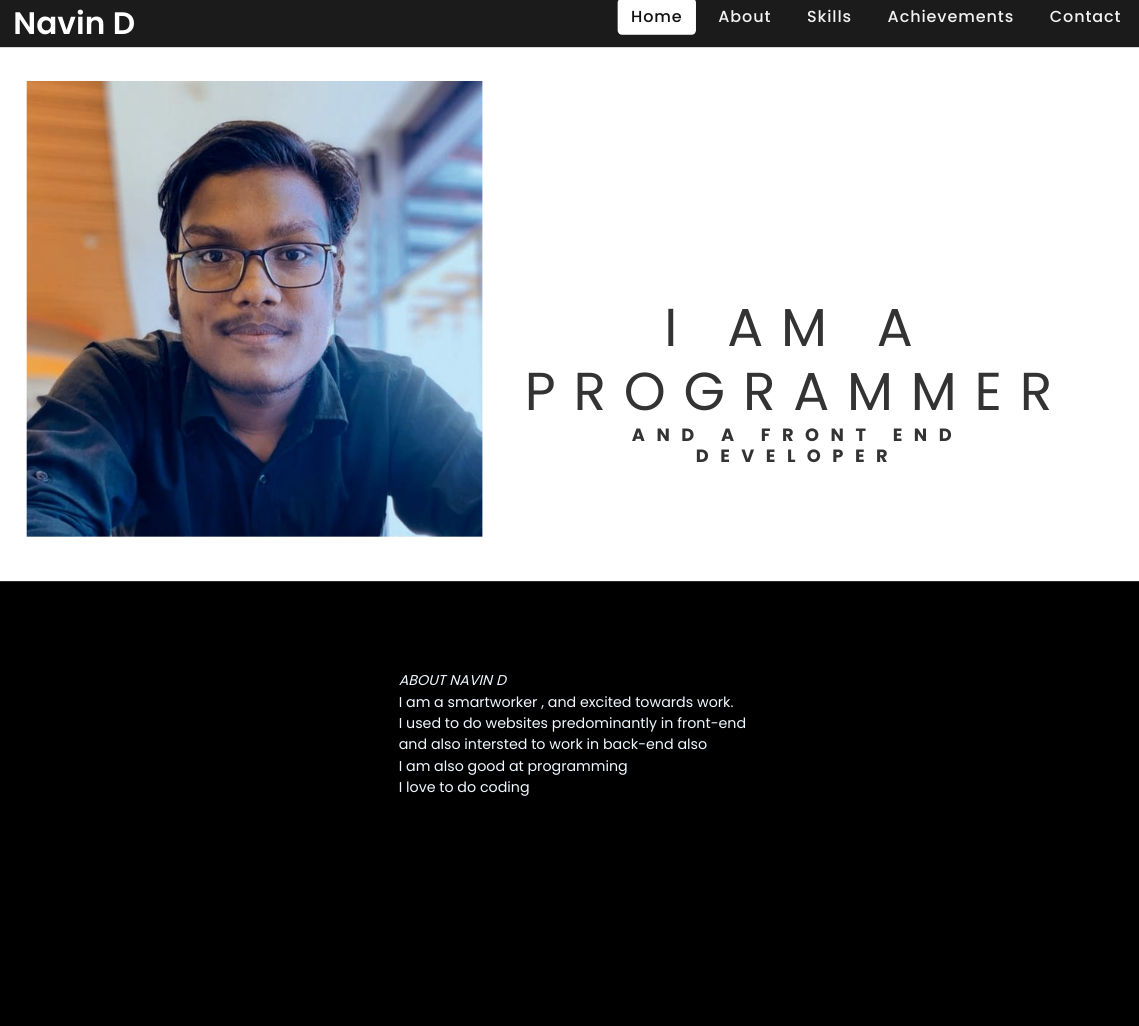
Repository: NavinDayanithi/OIBSIP
Page: Portfolio/index.html
These files come from the project's save history. The page is drawn as it stood at one moment and after a run of saves; the edit follows.
The browser window is 1280 px wide. The pictures show the whole page, at 89% of full size.

Above is the page before, as saved 2023-02-20 18:56:08.
Console error: TypeError: Cannot read properties of undefined (reading 'fn')

### Portfolio/index.html
<!DOCTYPE html>
<!-- Created By CodingNepal -->
<html lang="en" dir="ltr">
   <head>

      <meta charset="utf-8">
      <title>Navin's Portfolio</title>
      <script src="https://cdnjs.cloudflare.com/ajax/libs/OwlCarousel2/2.3.4/owl.carousel.min.js"></script>
      <script type="text/javascript" src="script.js"></script>
      <link rel="stylesheet" href="style.css">
      <link rel="stylesheet" href="https://cdnjs.cloudflare.com/ajax/libs/font-awesome/5.15.3/css/all.min.css"/>
      <meta name="viewport" content="width=device-width, initial-scale=1.0">
      <link href="https://cdn.jsdelivr.net/npm/bootstrap@5.3.0-alpha1/dist/css/bootstrap.min.css" rel="stylesheet" integrity="sha384-GLhlTQ8iRABdZLl6O3oVMWSktQOp6b7In1Zl3/Jr59b6EGGoI1aFkw7cmDA6j6gD" crossorigin="anonymous">
   </head>
   <body>
      <nav>
         <div class="logo">
            Navin D
         </div>
         <input type="checkbox" id="click">
         <label for="click" class="menu-btn">
         <i class="fas fa-bars"></i>
         </label>
         <ul>
            <li><a class="active" href="#">Home</a></li>
            <li><a href="#about">About</a></li>
            <li><a href="#skills">Skills</a></li>
            <li><a href="#">Achievements</a></li>
            <li><a href="#">Contact</a></li>
         </ul>
      </nav>
      <div >
        <img src="navinppimg.jpeg"  class="img1" alt="navinimg">
      </div>
      <div class="text-box">
        <h1 class="heading-primary">
         <span class="heading-primary-main">I am a Programmer</span>
          <span class="heading-primary-sub">and a front end developer</span>
         </h1>
   </div>
   <section class="about" id="about">
      <!-- <img class="about-img" src="https://embetronicx.com/wp-content/uploads/2017/08/background.jpg"  class="img1" alt="navinimg"> -->
      <div class="about-text">
          <i>ABOUT NAVIN D</i>
         <p>  I am a smartworker , and excited towards work.<br/>
             I used to do websites predominantly in front-end <br/>
             and also intersted to work in back-end also<br/>
             I am also good at programming <br/>
             I love to do coding<br/>
      </p>
      </div>

    </body>
</section>
       </body>
</html>

### Portfolio/style.css
@import url('https://fonts.googleapis.com/css?family=Poppins:400,500,600,700&display=swap');
*{
  margin: 0;
  padding: 0;
  box-sizing: border-box;
  font-family: 'Poppins', sans-serif;
}
nav{
  display: flex;
  height: 100%;
  width: 100%;
  background: #1b1b1b;
  align-items: center;
  justify-content: space-between;
  /* padding: 0 50px 0 50px; */
  /* flex-wrap: wrap; */
}
nav .logo{
  color: #fff;
  font-size: 35px;
  font-weight: 600;
  margin-left: 15px;
}
nav ul{
  display: flex;
  flex-wrap: wrap;
  list-style: none;
}
nav ul li{
  margin: 0 5px;
}
nav ul li a{
  color: #f2f2f2;
  text-decoration: none;
  font-size: 18px;
  font-weight: 500;
  padding: 8px 15px;
  border-radius: 5px;
  letter-spacing: 1px;
  transition: all 0.3s ease;
}
nav ul li a.active,
nav ul li a:hover{
  color: #111;
  background: #fff;
}
nav .menu-btn i{
  color: #fff;
  font-size: 22px;
  cursor: pointer;
  display: none;
}
input[type="checkbox"]{
  display: none;
}
@media (max-width: 1000px){
  nav{
    padding: 0 40px 0 50px;
  }
}
@media (max-width: 920px) {
  nav .menu-btn i{
    display: block;
  }
  #click:checked ~ .menu-btn i:before{
    content: "\f00d";
  }
  nav ul{
    position: fixed;
    top: 80px;
    left: -100%;
    background: #111;
    height: 100vh;
    width: 100%;
    text-align: center;
    display: block;
    transition: all 0.3s ease;
  }
  #click:checked ~ ul{
    left: 0;
  }
  nav ul li{
    width: 100%;
    margin: 40px 0;
  }
  nav ul li a{
    width: 100%;
    margin-left: -100%;
    display: block;
    font-size: 20px;
    transition: 0.6s cubic-bezier(0.68, -0.55, 0.265, 1.55);
  }
  #click:checked ~ ul li a{
    margin-left: 0px;
  }
  nav ul li a.active,
  nav ul li a:hover{
    background: none;
    color: cyan;
  }
}
.content{
  position: absolute;
  top: 50%;
  left: 50%;
  transform: translate(-50%, -50%);
  text-align: center;
  z-index: -1;
  width: 100%;
  padding: 0 30px;
  color: #1b1b1b;
}
.content div{
  font-size: 40px;
  font-weight: 700;
}

.text-box {
    position: absolute;
    top: 60%;
    left: 70%;
    transform: translate(-50%, -50%);
    text-align:center;
  }

  .heading-primary {
      color:#333;
      text-transform: uppercase;
  }

  .heading-primary-main {
      display: block;
      font-size: 60px;
      font-weight: 400;
      letter-spacing: 20px;
     /*  Animation decalaration   */
      animation-name: moveInleft;
      animation-duration: 3s;
  }

  .heading-primary-sub {
      display: block;
      font-size: 20px;
      font-weight: 700;
      letter-spacing: 12.9px;

      animation-name: moveInRight;
      animation-duration: 3s;
  }

  @keyframes moveInleft {
      0% {
          opacity: 0;
          transform: translateX(-100px);
      }

      80% {
          transform: translateX(10px);
      }
      100% {
          opacity: 1;
          transform: translate(0);
      }
  }

  @keyframes moveInRight {
      0% {
          opacity: 0;
          transform: translateX(100px);
      }

      80% {
          transform: translateX(-10px);
      }

      100% {
          opacity: 1;
          transform: translate(0);
      }

  }
  .img1{
    margin-left: 30px;
     margin-top: 3%;
    display: block;
    height:40%;
    width:40%;


  }
  .a{
    float: left;
    /* display: inline; */
    width: 50%;


  }
  .b{
    /* display: inline; */
    float:right;
    width: 50%;
    margin-left: 50px;


  }
   .about{
    background-color: black;
    height: 500px;
    width: 100%;
    color: aliceblue;
    margin-top: 50px;

  }

 .about-text{
  padding-top: 100px;
   padding-left: 35%;
}

Loaded but not shown: Portfolio/script.js (common file)

After the next 3 saves:
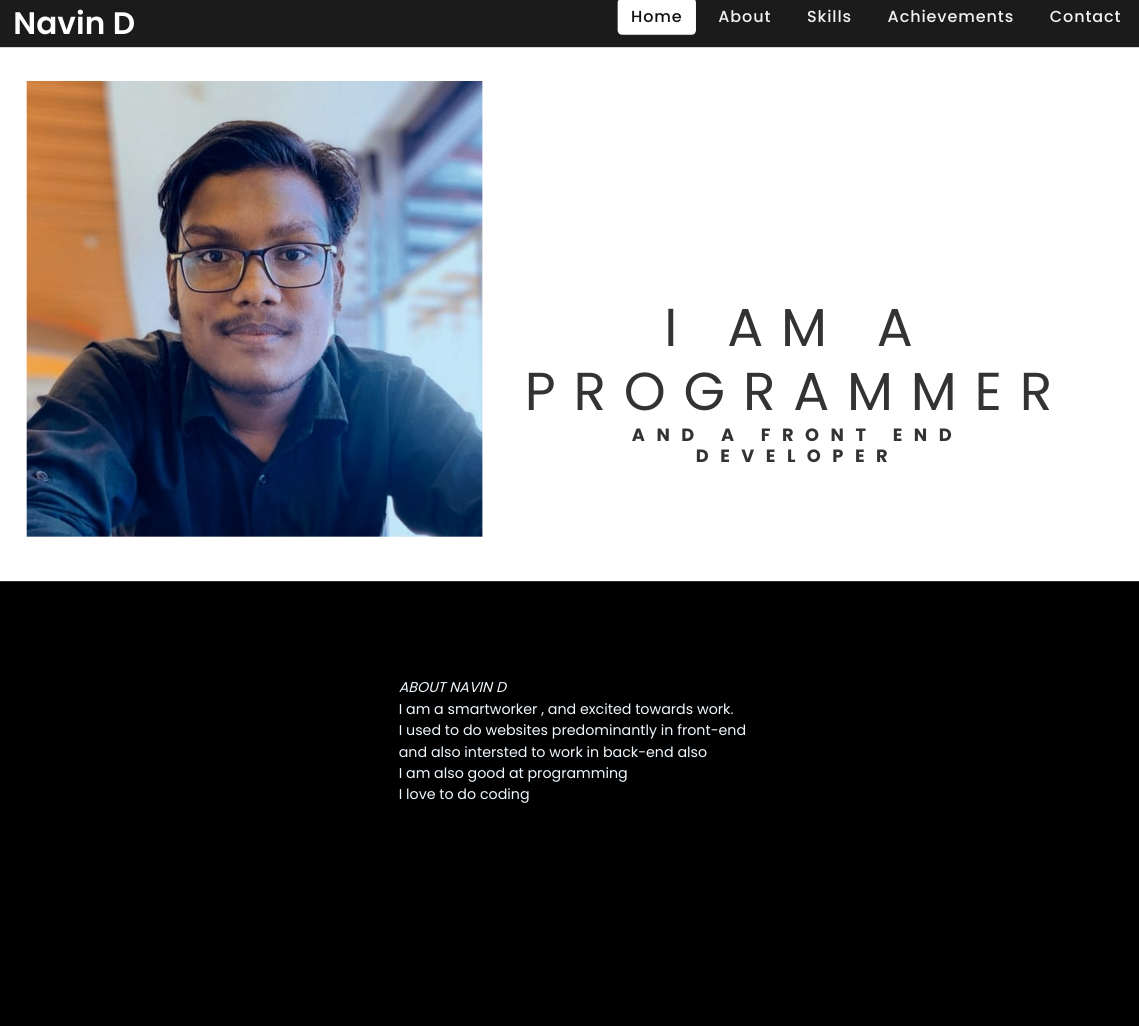
The 3 saves are shown as one change because they came seconds apart.
The last was saved 10 s later.
--- a/Portfolio/index.html
+++ b/Portfolio/index.html
@@ -41,7 +41,7 @@
    <section class="about" id="about">
       <!-- <img class="about-img" src="https://embetronicx.com/wp-content/uploads/2017/08/background.jpg"  class="img1" alt="navinimg"> -->
       <div class="about-text">
-          <i>ABOUT NAVIN D</i>
+         <h1></h1> <i>ABOUT NAVIN D</i>
          <p>  I am a smartworker , and excited towards work.<br/>
              I used to do websites predominantly in front-end <br/>
              and also intersted to work in back-end also<br/>
